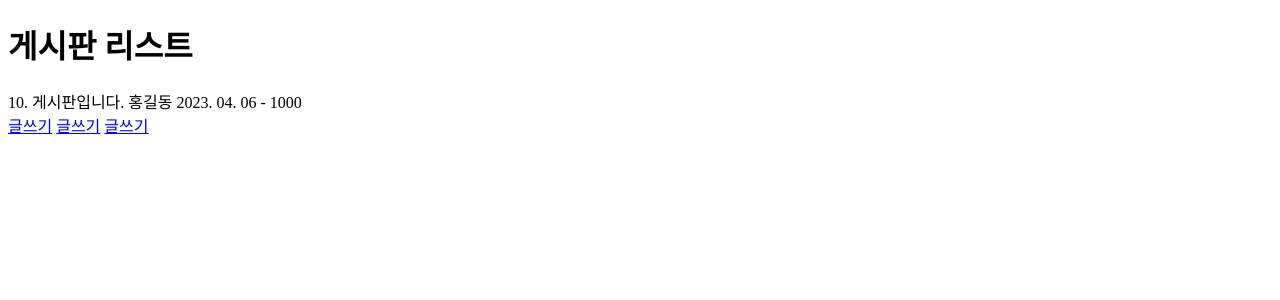
Repository: nsj2204/spring2
Page: http://localhost/ex01/board/list.do
The author's editor kept a copy of each file at every save. The page is drawn from the files as they stood at one save, then again after the next save.
The browser window is 1280 px wide. The pictures show the whole page.
The page is served by Tomcat 9. Other server files are loaded and not shown.

Above is the page before, as saved 2023-04-06 00:58:04.

### ex01/src/main/webapp/WEB-INF/views/board/list.jsp
<%@ page language="java" contentType="text/html; charset=UTF-8"
    pageEncoding="UTF-8"%>
<!DOCTYPE html>
<html>
<head>
<meta charset="UTF-8">
<title>Insert title here</title>
</head>
<body>
<h1>게시판 리스트</h1>
<div onclick='location="view.do"'>10. 게시판입니다. 홍길동 2023. 04. 06 - 1000</div>
<a href="write.do">글쓰기</a>
<a href="update.do">글쓰기</a>
<a href="write.do">글쓰기</a>
</body>
</html>

After the next save:
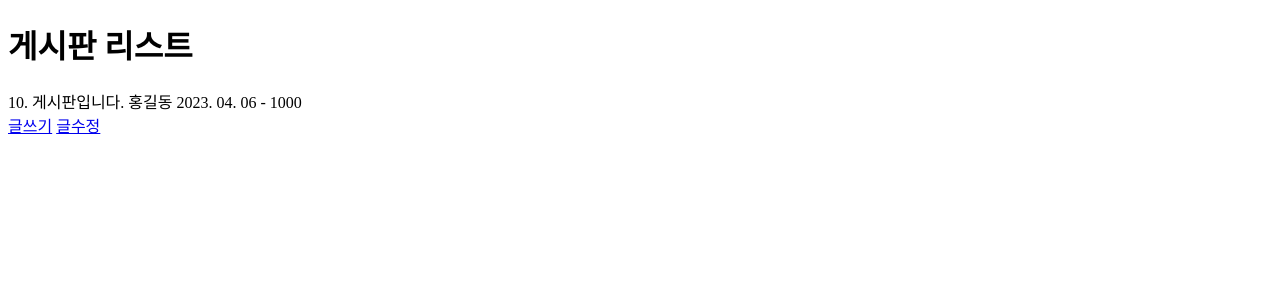
Saved 14 s later.
--- a/ex01/src/main/webapp/WEB-INF/views/board/list.jsp
+++ b/ex01/src/main/webapp/WEB-INF/views/board/list.jsp
@@ -10,7 +10,6 @@
 <h1>게시판 리스트</h1>
 <div onclick='location="view.do"'>10. 게시판입니다. 홍길동 2023. 04. 06 - 1000</div>
 <a href="write.do">글쓰기</a>
-<a href="update.do">글쓰기</a>
-<a href="write.do">글쓰기</a>
+<a href="update.do">글수정</a>
 </body>
 </html>
